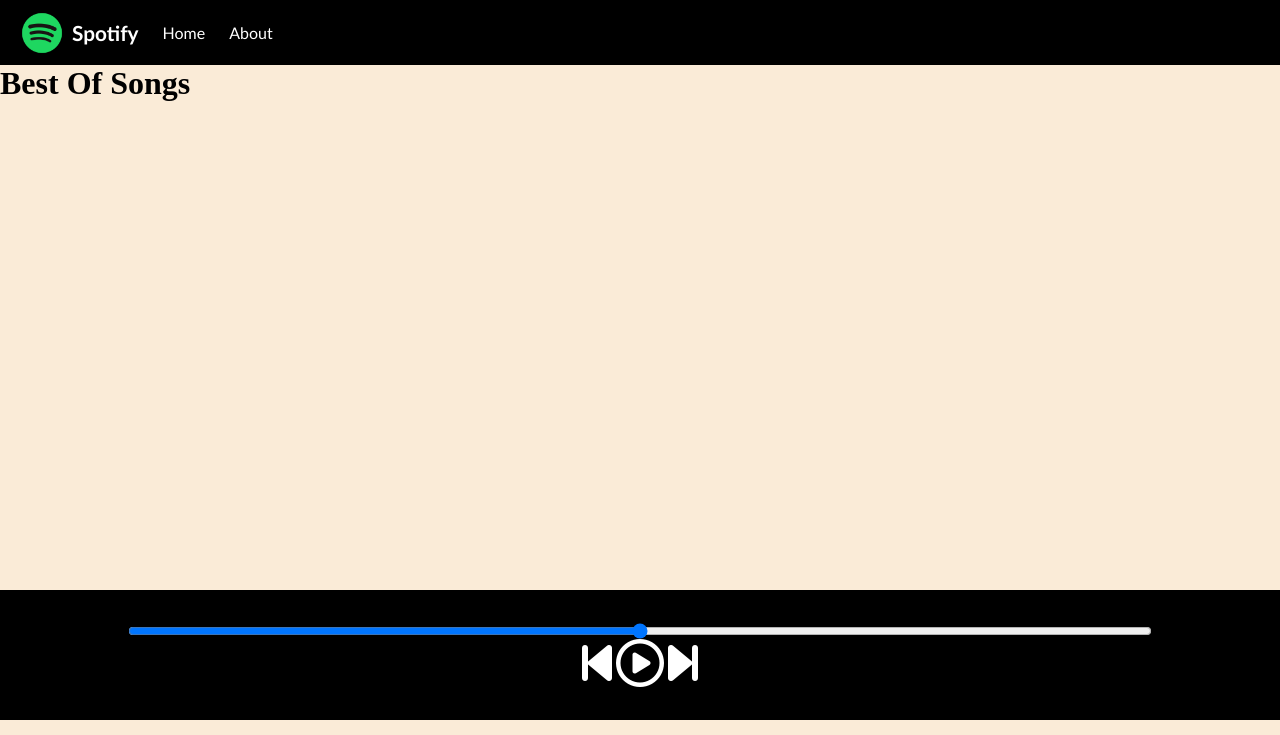
Repository: Chiranshukapil/Spotify-Project
Page: index.html
An editor plug-in stored every save of this project. The page is shown before and after a run of saves, followed by the edit.
The browser window is 1280 px wide. The pictures show the whole page.
Some web libraries are served in a nearby version.

Above is the page before, as saved 2024-06-17 20:38:51.

### index.html
<!DOCTYPE html>
<html lang="en">
<head>
    <meta charset="UTF-8">
    <meta name="viewport" content="width=device-width, initial-scale=1.0">
    <title>Spotify</title>
    <link rel="stylesheet" href="style.css">
</head>
<body>
    <nav>
        <ul>
            <li class="brand" ><img src="Files/logo.png" alt="spotify">Spotify</li>
            <li>Home</li>
            <li>About</li>
        </ul>
    </nav>

    <div class="container">
       <div class="songlist">
        <h1>Best Of Songs</h1>
       </div>
    </div>
    <div class="bottom">
        <input type="range" name="range" id="myprogressbar" min="0" max="100">
        <div class="icons">
            <i class="fa-solid fa-3x fa-backward-step"></i>
            <i class="far fa-3x  fa-circle-play"></i>
            <i class="fa-solid fa-3x fa-forward-step"></i>
        </div>
    </div>

    <script src="https://kit.fontawesome.com/d4c1d0ed5a.js" crossorigin="anonymous"></script>
    <script src="script.js"></script>
</body>
</html>

### style.css
*{
    margin: 0;
    padding: 0;
}

html,body{
    /* height: 100%; */
    background-color:antiquewhite;
}

nav{
    /* height: 6.5%; */
    font-family: 'Gill Sans', 'Gill Sans MT', Calibri, 'Trebuchet MS', sans-serif;

}
nav ul{
    display: flex;
    align-items: center;
    list-style-type: none;
    background-color: black;
    height: 65px;
    color: white;
}

nav ul li{
    padding: 0 12px;
}

.brand img{
    height: 44px;
    padding: 8px;
}

.brand{
    display: flex;
    align-items: center;
    font-weight: bolder;
    font-size: 1.3rem;
}

.container{
    min-height: 75vh;
}

.bottom{
    position: sticky;
    background-color: black;
    height: 130px;
    color: white;
    bottom: 0;
    display: flex;
    justify-content: center;
    align-items: center;
    flex-direction: column;
    padding: ;
}

#myprogressbar{
    width: 80vw;
}

Loaded but not shown: script.js (no copy from this time; the picture is the same without it)

After the next 2 saves:
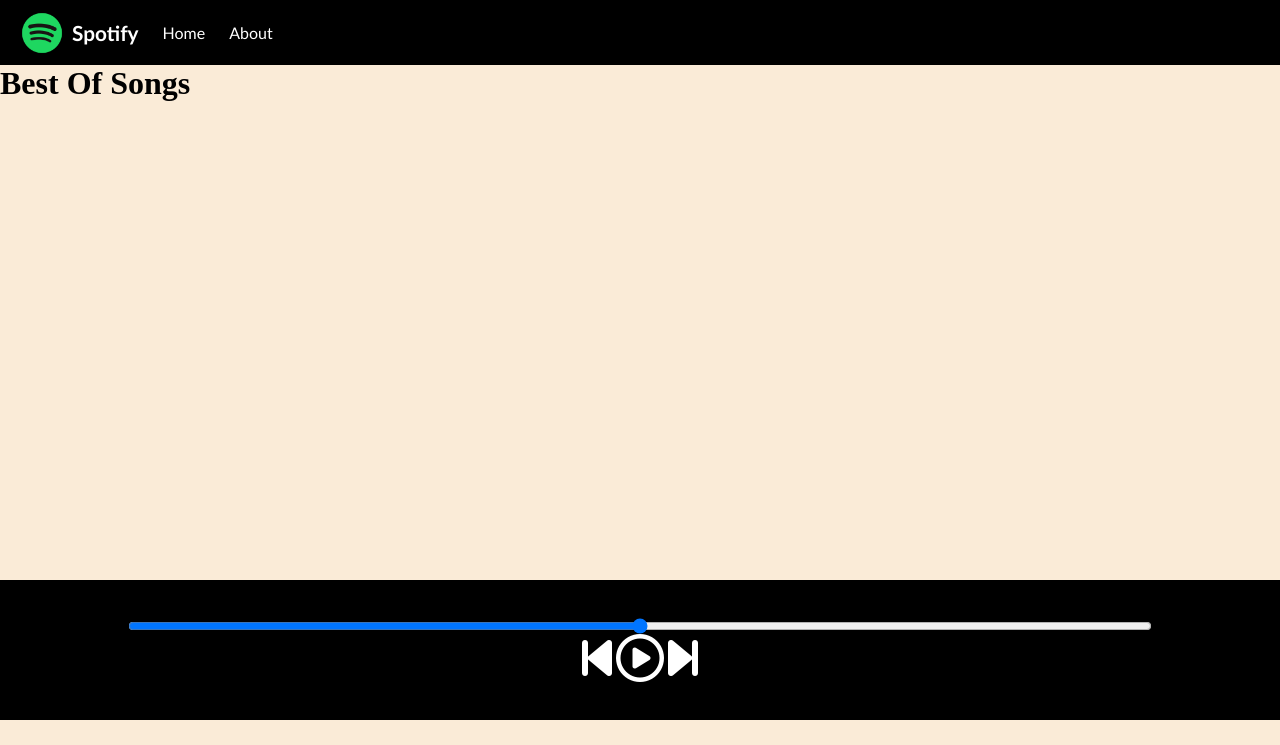
The 2 saves are shown as one change because they came seconds apart.
The last was saved 8 s later.
--- a/style.css
+++ b/style.css
@@ -52,7 +52,7 @@
     justify-content: center;
     align-items: center;
     flex-direction: column;
-    padding: ;
+    padding: 5px 0;
 }
 
 #myprogressbar{

After the save that followed:
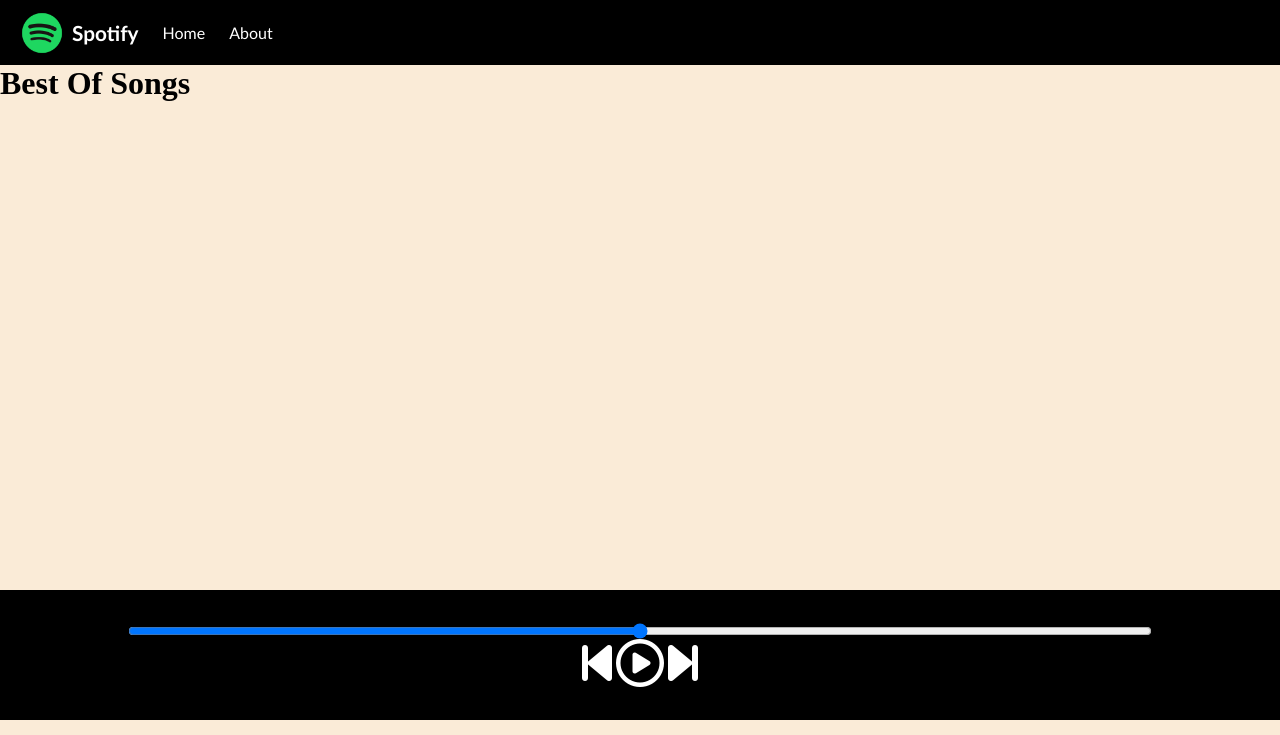
Saved 6 s later.
--- a/style.css
+++ b/style.css
@@ -52,7 +52,7 @@
     justify-content: center;
     align-items: center;
     flex-direction: column;
-    padding: 5px 0;
+
 }
 
 #myprogressbar{
